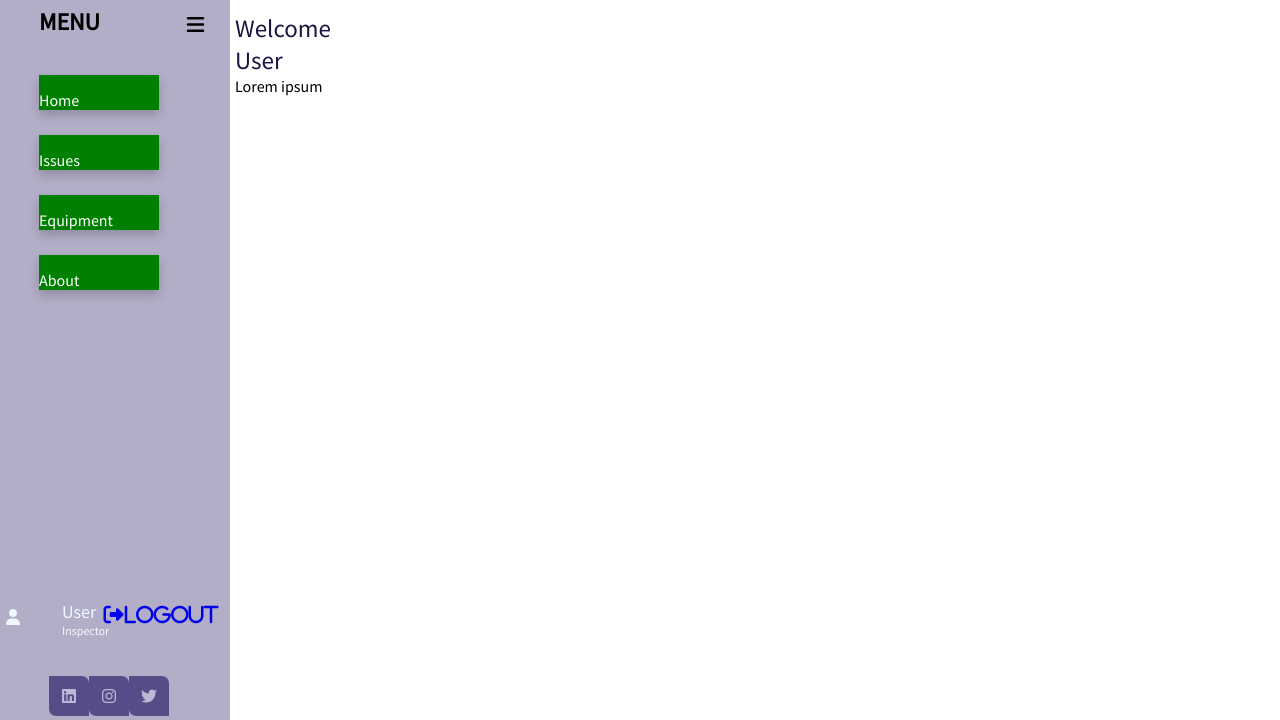
Repository: Lungdjos/ZescoIssueTS
Page: zits/src/main/resources/templates/about_us.html
An editor plug-in stored every save of this project. The page is shown before and after the next save, followed by the edit.
The browser window is 1280 px wide. The pictures show the whole page.
Some web libraries are served in a nearby version.

Above is the page before, as saved 2021-07-10 04:44:39.

### zits/src/main/resources/templates/about_us.html
<!DOCTYPE html>
<html lang="en">

<head>
    <meta charset="UTF-8">
    <meta http-equiv="X-UA-Compatible" content="IE=7">
    <meta name="viewport" content="width=device-width, initial-scale=1.0">
    <title>About Us Page</title>
    <link rel="stylesheet" href="/css/styles.css">

    <script src="https://kit.fontawesome.com/953cd41e6c.js" crossorigin="anonymous"></script>
</head>

<body>
    <div class="wrapper">
        <div class="sidebar">
            <div class="logo_content">
                <div class="logo">
                    <h2>Menu</h2>
                </div>
                <i class="fas fa-bars" id="btn"></i>
            </div>


            <ul class="nav_list">

                <li>
                    <a href="#"><i class="fas fa-home"></i><span class="links_name"> Home</span></a>
                </li>
                <li>
                    <a href="#"><i class="fas fa-exclamation-triangle"></i><span class="links_name"> Issues</span></a>
                </li>
                <li>
                    <a href="#"><i class="fas fa-tools"></i><span class="links_name"> Equipment</span></a>
                </li>
                <li>
                    <a href="#"><i class="fas fa-address-card"></i><span class="links_name"> About</span></a>
                </li>

                <div class="social_media">
                    <a href="#"><i class="fab fa-linkedin"></i></a>
                    <a href="#"><i class="fab fa-instagram"></i></a>
                    <a href="#"><i class="fab fa-twitter"></i></a>
                </div>
            </ul>
            <div class="profile_content">
                <div class="profile">
                    <div class="profile_details">
                        <i class="fas fa-user"></i>
                        <div class="role_title">
                            <div class="name">User</div>
                            <div class="role">Inspector</div>
                        </div>
                    </div>
                    <a href="#"><i class="fas fa-sign-out-alt" id="log_out">Logout</i></a>
                </div>
            </div>
            <div class="main_content">
                <div class="header">Welcome User</div>
                <div class="info">Lorem ipsum</div>
            </div>
        </div>
        <h2 style="color: black;">The About Page</h2>
    </div>





</body>

</html>

### zits/src/main/resources/templates/css/styles.css
@import url('https://fonts.googleapis.com/css2?family=Source+Sans+Pro&display=swap');
* {
    margin: 0;
    padding: 0;
    box-sizing: border-box;
    list-style: none;
    text-decoration: none;
    font-family: Source Sans Pro;
}

body {
    position: relative;
    min-height: 100vh;
    width: 100%;
    overflow: hidden;
}

.wrapper {}


/**Side Bar Props*/

.sidebar {
    position: fixed;
    top: 0;
    left: 0;
    height: 100%;
    width: 230px;
    background: #b3aec7;
    padding: 6px 14px;
}

.social_media {
    position: absolute;
    bottom: 4px;
    left: 50%;
    display: flex;
    transform: translateX(-55%);
}

.social_media a {
    display: block;
    width: 40px;
    background: #564c88;
    height: 40px;
    line-height: 40px;
    text-align: center;
    margin: 0, 5px;
    color: #bdb8d7;
    border-top-right-radius: 7px;
    border-bottom-left-radius: 7px;
}

.logo_content .logo {
    margin-right: 5px;
}

.sidebar h2 {
    text-transform: uppercase;
    margin-bottom: 30px;
    margin-left: 25px;
}

.sidebar #btn {
    position: absolute;
    color: #000;
    left: 85%;
    top: 5px;
    font-size: 20px;
    height: 40px;
    width: 40px;
    text-align: center;
    line-height: 40px;
    transform: translateX(-50%);
}

.sidebar ul {
    margin: 20px;
}

.sidebar ul li {
    position: relative;
    height: 60px;
    width: 110%;
    margin: 0 5px;
    list-style: none;
    line-height: 50px;
}

.sidebar ul li a {
    color: #fff;
    display: flex;
    align-items: center;
    text-decoration: none;
    transition: all 0.35s ease;
    border-radius: 12px;
}

.sidebar ul li a .links_name {
    position: absolute;
    height: 35px;
    width: 120px;
    background: green;
    box-shadow: 0 5px 10px rgba(0, 0, 0, 0.2);
}

.sidebar ul li a:hover {
    color: green;
    background: orange;
}

.sidebar ul li a .fas {
    height: 50px;
    min-width: 50px;
    border-radius: 12px;
    line-height: 50px;
    text-align: center;
}

.sidebar .profile_content {
    position: absolute;
    color: aliceblue;
    left: 0;
    bottom: 80px;
    width: 100%;
}

.sidebar .profile_content .profile {
    position: relative;
    padding: 10px 6px;
    height: 50px;
}

.sidebar .profile_content .profile:hover {
    background: greenyellow;
    color: #000;
}

.sidebar .profile_content .profile .profile_details {
    display: flex;
    align-items: center;
}

.profile .profile_details .fas {
    height: 20px;
    width: 50px;
    object-fit: cover;
}

.profile .profile_details .role_title {
    margin-left: 6px;
}

.profile .profile_details .name {
    font-size: 18px;
    font-weight: 400;
}

.profile .profile_details .role {
    font-size: 12px;
    font-weight: 200;
}

.profile #log_out {
    position: absolute;
    left: 70%;
    bottom: 0.01em;
    transform: translateX(-50%);
    transform: rotateY('180');
    min-width: 50px;
    line-height: 50px;
    font-size: 20px;
    border-radius: 12px;
}

.profile #log_out:hover {
    color: red;
}

.main_content {
    top: 0;
    position: absolute;
    height: 100%;
    width: calc(100%-235);
    left: 235px;
}

.main_content .header {
    margin-top: 12px;
    color: #1b1341;
    font-weight: 500;
    font-size: 25px;
}

After the next save:
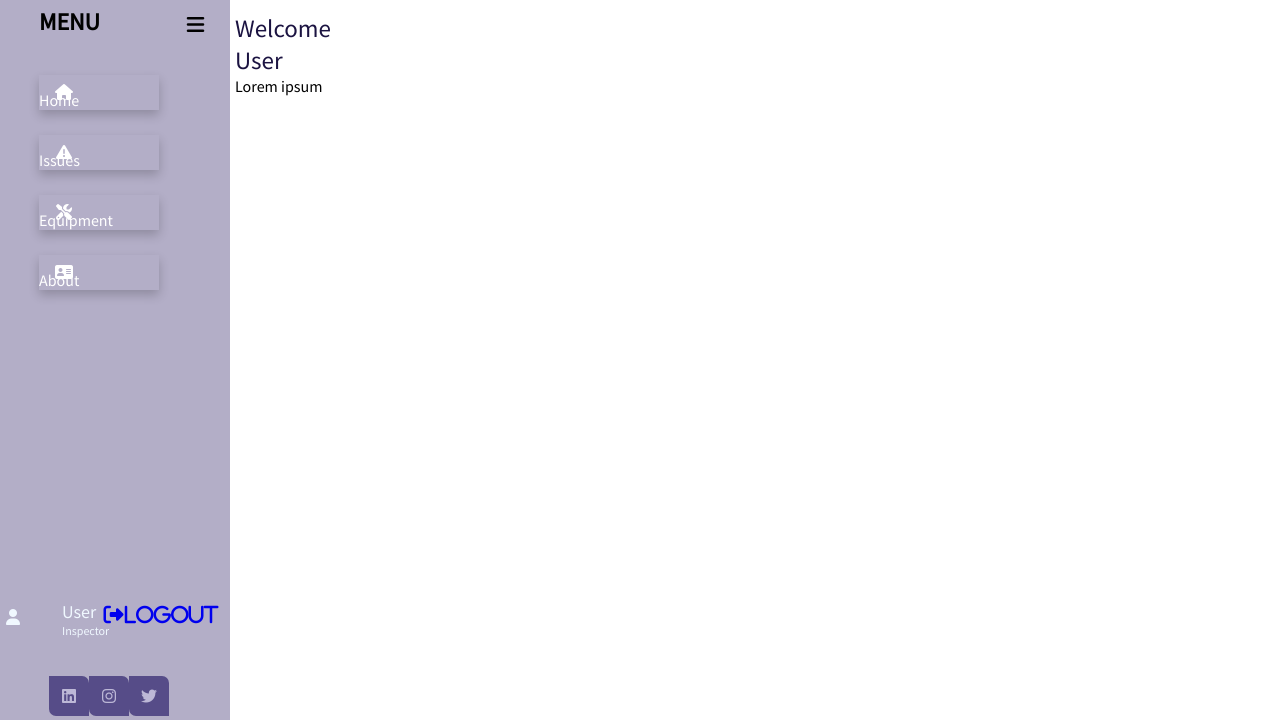
Saved 15 s later.
--- a/zits/src/main/resources/templates/css/styles.css
+++ b/zits/src/main/resources/templates/css/styles.css
@@ -100,7 +100,7 @@
     position: absolute;
     height: 35px;
     width: 120px;
-    background: green;
+    left background: green;
     box-shadow: 0 5px 10px rgba(0, 0, 0, 0.2);
 }
 

After the save that followed:
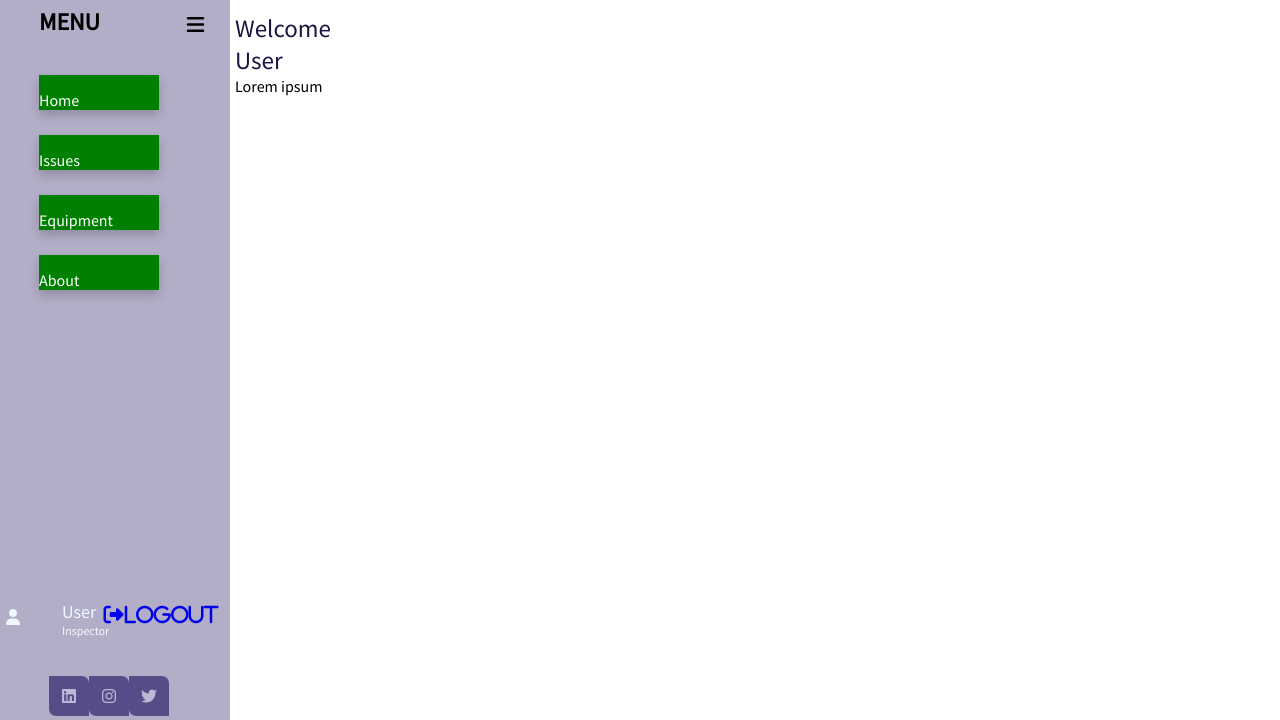
Saved 7 s later.
--- a/zits/src/main/resources/templates/css/styles.css
+++ b/zits/src/main/resources/templates/css/styles.css
@@ -100,7 +100,8 @@
     position: absolute;
     height: 35px;
     width: 120px;
-    left background: green;
+    left: ;
+    background: green;
     box-shadow: 0 5px 10px rgba(0, 0, 0, 0.2);
 }
 
